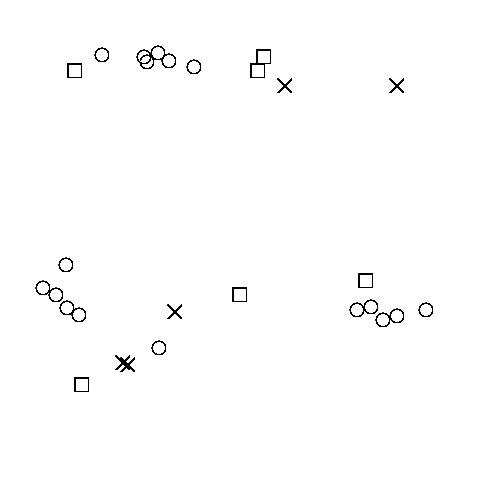
Repository: benceluzsinszky/rock-paper-scissors-simulation-pygame
Script's output: python main.py
An editor plug-in stored every save of this project. The script's output is shown before and after a run of saves, followed by the edit.
The window is shown after at most 60 frames with no key pressed. Random numbers start from a fixed seed. It also reads sprites/paper.png, sprites/rock.png, sprites/scissors.png.

Above is the script's output before, as saved 2023-04-24 22:05:37.

### main.py
import pygame
import sys
import random

from sprites import Sprite


class Game():
    """
    This class initializes the Pygame module and creates the game screen.
    """

    def __init__(self) -> None:
        """
        Initializes Pygame module and creates game screen.
        """
        pygame.init()

        self.clock = pygame.time.Clock()

        pygame.display.set_caption("Rock Paper Scissors")

        self.screen = pygame.display.set_mode((500, 500))

        self.rocks = pygame.sprite.Group()
        self.papers = pygame.sprite.Group()
        self.scissors = pygame.sprite.Group()

        self.sprite_groups = [self.rocks, self.papers, self.scissors]

        self.create_sprites("rock", self.rocks)
        self.create_sprites("paper", self.papers)
        self.create_sprites("scissors", self.scissors)

    def run_game(self):
        """
        Starts the game loop that continues until the user exits the game.
        """
        while True:
            self.check_events()
            # self.rocks.sprites()[0].eat(self)
            self.move_sprites(self.rocks, self.scissors)
            self.move_sprites(self.scissors, self.papers)
            self.move_sprites(self.papers, self.rocks)
            self.check_collisions()
            self.update_screen()
            self.clock.tick(60)

    def update_screen(self):
        """
        Updates the game screen with new information.
        """
        self.screen.fill((255, 255, 255))

        for group in self.sprite_groups:
            for sprite in group:
                sprite.blit_sprite()

        pygame.display.flip()

    def check_events(self):
        """
        Checks for user input events such as key presses or window close events.
        """
        for event in pygame.event.get():
            if event.type == pygame.QUIT:
                pygame.quit()
                sys.exit()
            elif event.type == pygame.KEYDOWN:
                if event.key == pygame.K_ESCAPE:
                    self.running = False

    def collision(self, winner, loser, type):
        collision = pygame.sprite.groupcollide(winner, loser, False, True)

        if collision:
            dead_sprite_rect_x = list(collision.values())[0][0].rect.x
            dead_sprite_rect_y = list(collision.values())[0][0].rect.y
            list(collision.keys())[0].closest_food_distance = float("inf")
            sprite = Sprite(self, type, (dead_sprite_rect_x, dead_sprite_rect_y))
            winner.add(sprite)

    def check_collisions(self):
        self.collision(self.rocks, self.scissors, "rock")
        self.collision(self.scissors, self.papers, "scissors")
        self.collision(self.papers, self.rocks, "paper")

    def move_sprites(self, wathced_group, food):
        for sprite in wathced_group:
            sprite.eat(food)

    def create_sprites(self, type, group):
        for _ in range(10):
            random_x = random.randint(10, 490)
            random_y = random.randint(10, 490)
            sprite = Sprite(self, type, (random_x, random_y))
            group.add(sprite)


if __name__ == "__main__":
    game = Game()
    game.run_game()

### sprites.py
import pygame
import math

from pygame.sprite import Sprite


class Sprite(Sprite):
    """
    Class that creats a Rock/Papaer/Scissor character.
    """
    def __init__(self, game, character=str, location=tuple) -> None:
        super().__init__()
        self.screen = game.screen
        self.image = pygame.image.load(f"sprites/{character}.png")
        self.image = pygame.transform.scale(self.image, (15, 15))
        self.image.set_colorkey((255, 255, 255))
        self.rect = self.image.get_rect()
        self.rect.x = location[0]
        self.rect.y = location[1]
        self.closest_food = None
        self.closest_food_distance = float("inf")
        self.closest_enemy = None
        self.closest_enemy_distance = float("inf")

    def blit_sprite(self):
        self.screen.blit(self.image, self.rect)

    def get_food_info(self, food):
        for sprite in food:
            distance = math.sqrt(
                (sprite.rect.centerx - self.rect.centerx)**2 + (sprite.rect.centery - self.rect.centery)**2)
            if distance < self.closest_food_distance:
                self.closest_food_distance = distance
                self.closest_food = sprite

    def eat(self, food):
        self.get_food_info(food)
        try:
            direction = pygame.math.Vector2(self.closest_food.rect.center) - pygame.math.Vector2(self.rect.center)
            try:
                direction.normalize_ip()
            except ValueError:
                pass
            if (
                self.rect.top > 0 and
                self.rect.bottom < 500 and
                self.rect.left > 0 and
                self.rect.right < 500
                 ):
                self.rect.move_ip(direction * 2)
        except AttributeError:
            pass

    def get_enemy_info(self, enemy):
        for sprite in enemy:
            distance = math.sqrt((
                sprite.rect[0] - self.rect[1])**2 + (sprite.rect[1] - self.rect[1])**2)
            if distance < self.closest_enemy_distance:
                self.closest_enemy_distance = distance
                self.closest_enemy = sprite

    def run(self, enemy):
        self.get_enemy_info(enemy)
        direction = pygame.math.Vector2(self.closest_enemy.rect.center) - pygame.math.Vector2(self.rect.center)
        try:
            direction.normalize_ip()
        except ValueError:
            pass
        if (
            self.rect.top > 0 and
            self.rect.bottom < 500 and
            self.rect.left > 0 and
            self.rect.right < 500
             ):
            self.rect.move_ip(direction * -2)

    def action(self, food, enemy):
        if self.closest_enemy_distance > self.closest_food_distance:
            self.eat(food)
        else:
            self.run(enemy)
        self.closest_enemy_distance = self.closest_food_distance = float("inf")

After the next 3 saves:
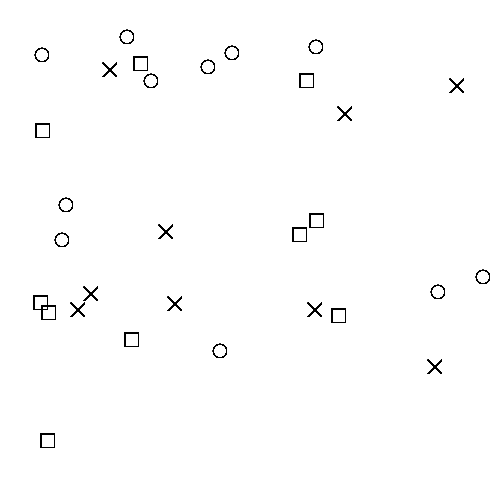
The 3 saves are shown as one change because 1 did not build or start and some came seconds apart.
The last was saved 33 s later.
--- a/main.py
+++ b/main.py
@@ -38,10 +38,10 @@ class Game():
         """
         while True:
             self.check_events()
-            # self.rocks.sprites()[0].eat(self)
-            self.move_sprites(self.rocks, self.scissors)
-            self.move_sprites(self.scissors, self.papers)
-            self.move_sprites(self.papers, self.rocks)
+            self.rocks.sprites()[0].eat(self.scissors)
+            # self.move_sprites(self.rocks, self.scissors)
+            # self.move_sprites(self.scissors, self.papers)
+            # self.move_sprites(self.papers, self.rocks)
             self.check_collisions()
             self.update_screen()
             self.clock.tick(60)
